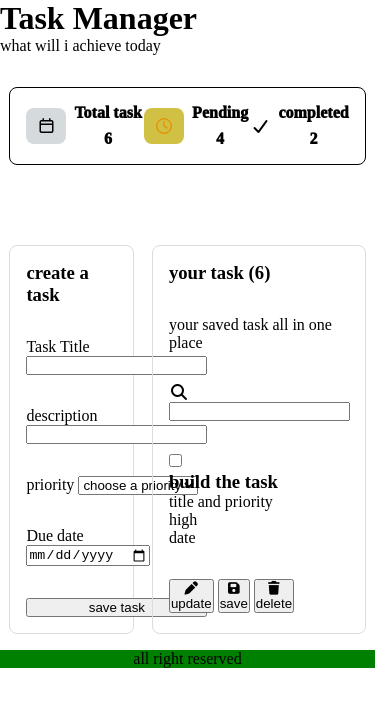
Repository: XDENTERTAINMENT/task-manager-groupwork
Page: index.html
These files come from the project's save history. The page is drawn as it stood at one moment and after a run of saves; the edit follows.
The browser window is 375 px wide. The pictures show the whole page.

Above is the page before, as saved 2026-10-26 20:16:18.

After the next 8 saves:
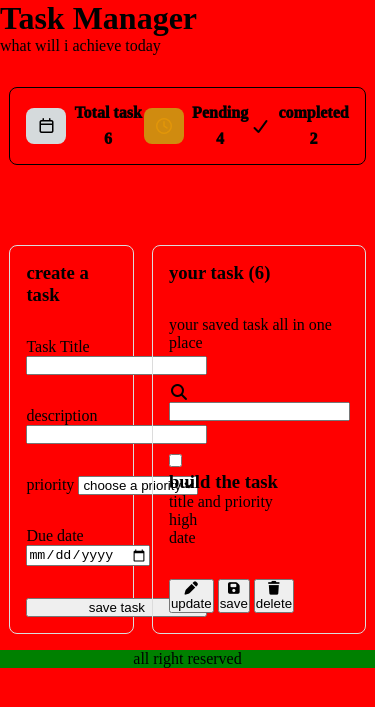
The 8 saves are shown as one change because they came seconds apart.
The last was saved 18 s later.
--- a/style.css
+++ b/style.css
@@ -102,5 +102,7 @@
 /* mobile styling */
 
 @media( max-width: 600px){
-
+    body{
+        background-color: red;
+    }
 }

After the 2 saves that followed:
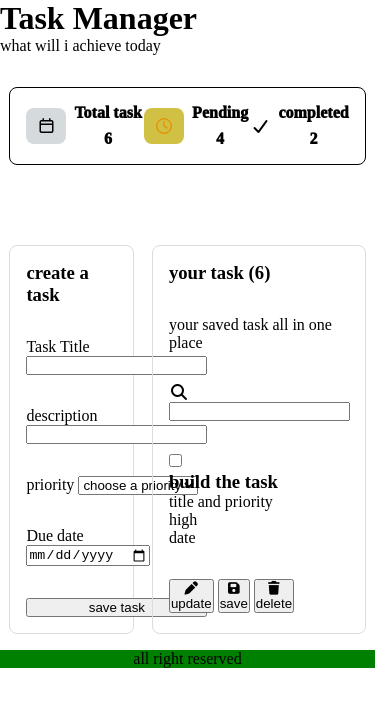
The 2 saves are shown as one change because they came seconds apart.
The last was saved 10 s later.
--- a/style.css
+++ b/style.css
@@ -102,7 +102,6 @@
 /* mobile styling */
 
 @media( max-width: 600px){
-    body{
-        background-color: red;
-    }
+
+
 }
